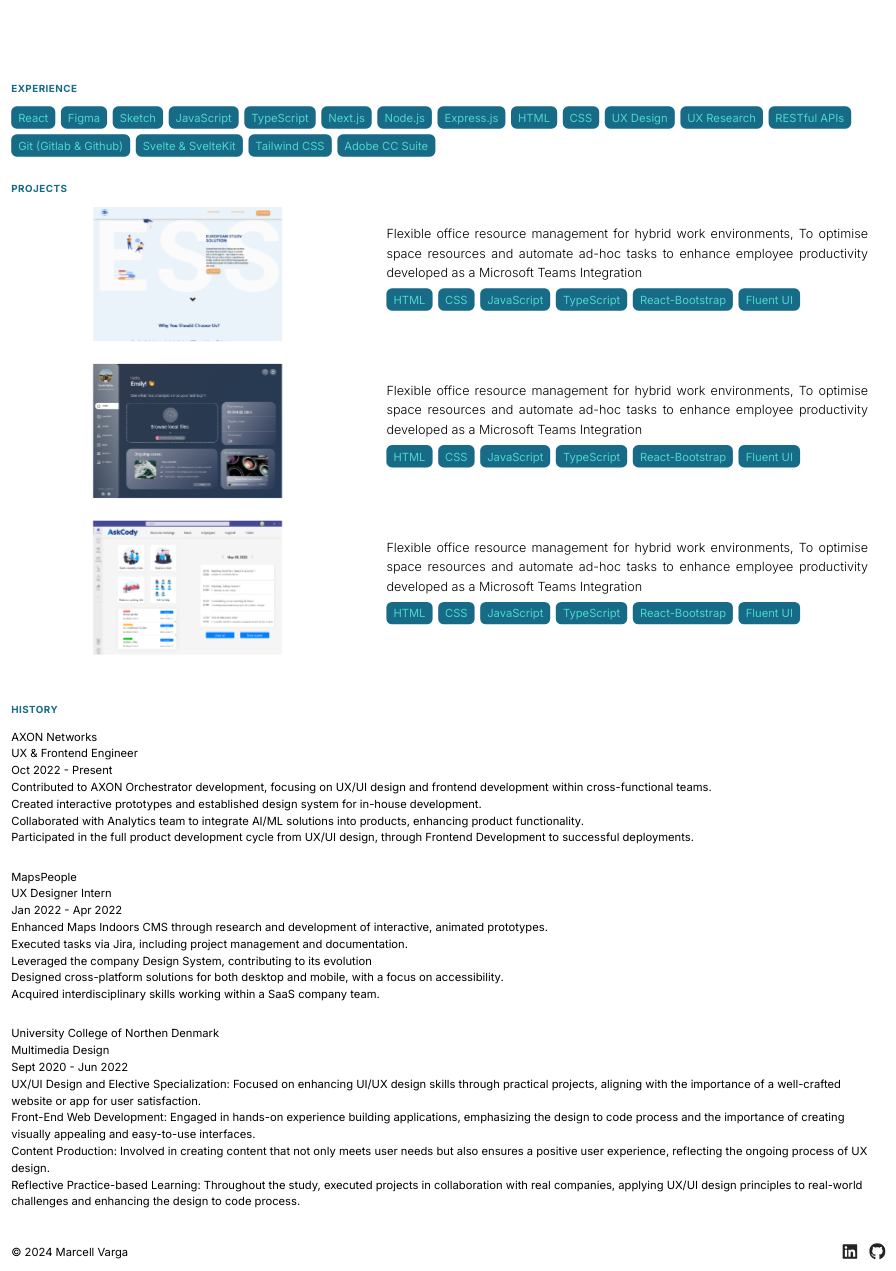
Repository: TheMarcellVarga/personal-portfolio-v.2
Page: /
The author's editor kept a copy of each file at every save. The page is drawn from the files as they stood at one save, then again after a run of saves.
The browser window is 1280 px wide. The pictures show the part of the page from y = 1457 to 3377 px (the page is 3273 px tall before and 3377 px after), at 70% of full size.
The project was rebuilt for these pictures with package versions that can differ from the ones it lists, and the page was loaded fresh each time. The framework's server and built-in components were replaced by stand-ins that run in the browser. Also part of the build but not shown: next.config.mjs.

Above is the page before, as saved 2024-04-25 23:35:03.

### app/layout.tsx
import type { Metadata } from "next";
import { Inter } from "next/font/google";
import "./globals.css";

const inter = Inter({ subsets: ["latin"] });

export const metadata: Metadata = {
  title: {
    template: "%s | Marcell Varga",
    default: "Marcell Varga",
  },
  description: "Marcell Varga Portfolio | UX & Frontend Engineer",
};
export default function RootLayout({
  children,
}: Readonly<{
  children: React.ReactNode;
}>) {
  return (
    <html lang="en">
      <body className={inter.className}>{children}</body>
    </html>
  );
}

### app/page.tsx
"use client";

import { useState } from "react";
import Link from "next/link";
import Image from "next/image";
import IndexSigAnimated from "../public/icons/indexSigAnimated";

// Header component
const Header = () => {
  const [isOpen, setIsOpen] = useState(false);

  return (
    <header className="flex justify-between items-center w-full">
      <div className="flex items-center">
        {/* Icon */}
        <Link href="/">
          <IndexSigAnimated />
        </Link>
      </div>
      <nav className="flex items-center">
        {/* Hamburger Menu */}
        <div
          className={`md:hidden z-2 ${isOpen ? "open" : ""}`}
          onClick={() => setIsOpen(!isOpen)}
        >
          <div className="w-6 h-0.5 bg-gray-800 mb-1"></div>
          <div className="w-6 h-0.5 bg-gray-800 mb-1"></div>
          <div className="w-6 h-0.5 bg-gray-800"></div>
        </div>
        {/* Navigation Links */}
        <div className={`nav-overlay ${isOpen ? "open" : ""}`}>
          <div className={`${isOpen ? "block" : "hidden"} md:flex space-x-4`}>
            <Link href="/about">
              <div
                className="text-sm font-medium"
                style={{ color: isOpen ? "#eeeeee" : "inherit" }}
              >
                About
              </div>
            </Link>
            <Link href="/work">
              <div
                className="text-sm font-medium"
                style={{ color: isOpen ? "#eeeeee" : "inherit" }}
              >
                Work
              </div>
            </Link>
            <Link href="/contact">
              <div
                className="text-sm font-medium"
                style={{ color: isOpen ? "#eeeeee" : "inherit" }}
              >
                Contact
              </div>
            </Link>
          </div>
        </div>
        <div className={`${isOpen ? "hidden" : "block"}`}>
          <div className={`${isOpen ? "block" : "hidden"} md:flex space-x-4`}>
            <Link href="/about">
              <div
                className="text-sm font-medium"
                style={{ color: isOpen ? "#eeeeee" : "inherit" }}
              >
                About
              </div>
            </Link>
            <Link href="/work">
              <div
                className="text-sm font-medium"
                style={{ color: isOpen ? "#eeeeee" : "inherit" }}
              >
                Work
              </div>
            </Link>
            <Link href="/contact">
              <div
                className="text-sm font-medium"
                style={{ color: isOpen ? "#eeeeee" : "inherit" }}
              >
                Contact
              </div>
            </Link>
          </div>
        </div>
      </nav>
    </header>
  );
};

// Footer component
const Footer = () => {
  return (
    <div className="flex w-full flex-row justify-between items-center">
      <div className="flex w-full">© 2024 Marcell Varga</div>
      <div className="flex space-x-4">
        <Image
          src="/icons/linkedin.svg"
          alt="Linkedin Icon"
          width={24}
          height={24}
        />
        <Image
          src="/icons/github.svg"
          alt="GitHub Icon"
          width={24}
          height={24}
        />
      </div>
    </div>
  );
};

const projects = [
  {
    title:
      "Flexible office resource management for hybrid work environments, To optimise space resources and automate ad-hoc tasks to enhance employee productivity developed as a Microsoft Teams Integration",
    description: "",
    skills: [
      "HTML",
      "CSS",
      "JavaScript",
      "TypeScript",
      "React-Bootstrap",
      "Fluent UI",
    ],
    link: "/ess", // Example link to the project details page
    image: "/images/ess-index.png", // Add the path to the image
  },
  {
    title:
      "Flexible office resource management for hybrid work environments, To optimise space resources and automate ad-hoc tasks to enhance employee productivity developed as a Microsoft Teams Integration",
    description: "",
    skills: [
      "HTML",
      "CSS",
      "JavaScript",
      "TypeScript",
      "React-Bootstrap",
      "Fluent UI",
    ],
    link: "/catchscan", // Example link to the project details page
    image: "/images/catchscan-index.png", // Add the path to the image
  },
  {
    title:
      "Flexible office resource management for hybrid work environments, To optimise space resources and automate ad-hoc tasks to enhance employee productivity developed as a Microsoft Teams Integration",
    description: "",
    skills: [
      "HTML",
      "CSS",
      "JavaScript",
      "TypeScript",
      "React-Bootstrap",
      "Fluent UI",
    ],
    link: "/askcody", // Example link to the project details page
    image: "/images/askcody-index.png", // Add the path to the image
  },
  // Add more projects here
];

const history = [
  {
    company: "AXON Networks",
    jobTitle: "UX & Frontend Engineer",
    time: {
      start: "Oct 2022",
      end: "",
    },
    description: [
      "Contributed to AXON Orchestrator development, focusing on UX/UI design and frontend development within cross-functional teams.",
      "Created interactive prototypes and established design system for in-house development.",
      "Collaborated with Analytics team to integrate AI/ML solutions into products, enhancing product functionality.",
      "Participated in the full product development cycle from UX/UI design, through Frontend Development to successful deployments.",
    ],
    skills: [
      "HTML",
      "CSS",
      "JavaScript",
      "TypeScript",
      "React-Bootstrap",
      "Fluent UI",
    ],
  },
  {
    company: "MapsPeople",
    jobTitle: "UX Designer Intern",
    time: {
      start: "Jan 2022",
      end: "Apr 2022",
    },
    description: [
      "Enhanced Maps Indoors CMS through research and development of interactive, animated prototypes.",
      "Executed tasks via Jira, including project management and documentation.",
      "Leveraged the company Design System, contributing to its evolution",
      "Designed cross-platform solutions for both desktop and mobile, with a focus on accessibility.",
      "Acquired interdisciplinary skills working within a SaaS company team.",
    ],
    skills: [
      "HTML",
      "CSS",
      "JavaScript",
      "TypeScript",
      "React-Bootstrap",
      "Fluent UI",
    ],
  },
  {
    company: "University College of Northen Denmark",
    jobTitle: "Multimedia Design",
    time: {
      start: "Sept 2020",
      end: "Jun 2022",
    },
    description: [
      "UX/UI Design and Elective Specialization: Focused on enhancing UI/UX design skills through practical projects, aligning with the importance of a well-crafted website or app for user satisfaction.",
      "Front-End Web Development: Engaged in hands-on experience building applications, emphasizing the design to code process and the importance of creating visually appealing and easy-to-use interfaces.",
      "Content Production: Involved in creating content that not only meets user needs but also ensures a positive user experience, reflecting the ongoing process of UX design.",
      "Reflective Practice-based Learning: Throughout the study, executed projects in collaboration with real companies, applying UX/UI design principles to real-world challenges and enhancing the design to code process.",
    ],
    skills: [
      "HTML",
      "CSS",
      "JavaScript",
      "TypeScript",
      "React-Bootstrap",
      "Fluent UI",
    ],
  },
  // Add more projects here
];

export default function Page() {
  return (
    <div className="m-4">
      <Header />
      <main className="flex flex-col items-center justify-between h-screen m-4 gap-1 w-full">
        <div className="flex-grow pb-12 w-full flex flex-col items-center justify-center gap-">
          <div className="flex flex-row w-full text-7xl font-medium items-center justify-start">
            Hey, I'm&nbsp;
            <span className="text-custom-blue font-bold">Marcell Varga</span>
          </div>
          <div className="flex w-full text-4xl font-light items-center justify-start my-2">
            UX & Frontend engineer
          </div>
        </div>
        <div className="pb-32 flex flex-col items-center justify-start">
          <Image
            className="animate-moveDown"
            src="/icons/mouseScroll.svg"
            alt="Scroll your mouse down Icon"
            width={30}
            height={30}
          />
        </div>
      </main>
      {/* Drive Section */}
      <section className="flex flex-col items-center justify-between h-screen m-4 gap-1 w-full">
        <div className="flex w-full h-screen text-5xl font-medium items-center justify-start">
          <h2 className="text-2xl font-light text-justify m-6">
            An adventurous UX & Frontend engineer with an enthusiasm for
            crafting delightful digital experiences. I thrive on solving complex
            problems through efficient design and love turning challenges into
            opportunities. Overcoming challenges through efficient design is
            what fuelling my everyday drive.
          </h2>
        </div>
      </section>
      <section className="flex flex-col items-center justify-between my-4 gap-1 w-full">
        {/* New Experience Section */}
        <article className="mt-8 w-full">
          <h2 className="text-custom-blue text-sm font-bold mb-4 tracking-wider uppercase">
            Experience
          </h2>
          <div className="flex flex-wrap gap-2">
            {[
              "React",
              "Figma",
              "Sketch",
              "JavaScript",
              "TypeScript",
              "Next.js",
              "Node.js",
              "Express.js",
              "HTML",
              "CSS",
              "UX Design",
              "UX Research",
              "RESTful APIs",
              "Git (Gitlab & Github)",
              "Svelte & SvelteKit",
              "Tailwind CSS",
              "Adobe CC Suite",
            ].map((skill) => (
              <div
                key={skill}
                className="bg-custom-blue text-custom-teal px-2.5 py-1 rounded-lg"
              >
                {skill}
              </div>
            ))}
          </div>
        </article>
        <article className="my-8 w-full">
          <h2 className="text-custom-blue text-sm font-bold mb-4 tracking-wider uppercase">
            Projects
          </h2>
          <div className="flex flex-col gap-8">
            {projects.map((project) => (
              <div key={project.title} className="flex gap-2">
                <div className="w-full h-full relative rounded-lg overflow-hidden y-5">
                  <Link href={project.link} className="block h-48">
                    <Image
                      src={project.image} // Use the image path from the project object
                      alt={project.title} // Use the project title as the alt text
                      layout="fill" // Make the image fill its container
                      objectFit="contain" // Adjust the image's aspect ratio to cover the container
                    />
                  </Link>
                </div>
                <div className="flex flex-col m-6 gap-2">
                  <div className="text-lg font-light text-justify">
                    <div>{project.title}</div>
                    <div>{project.description}</div>
                  </div>
                  <div className="flex flex-wrap gap-2">
                    {project.skills.map((skill) => (
                      <div
                        key={skill}
                        className="bg-custom-blue text-custom-teal px-2.5 py-1 rounded-lg"
                      >
                        {skill}
                      </div>
                    ))}
                  </div>
                </div>
              </div>
            ))}
          </div>
        </article>
        <article className="my-8 w-full">
          <h2 className="text-custom-blue text-sm font-bold mb-4 tracking-wider uppercase">
            History
          </h2>
          <div className="flex flex-col gap-8">
            {history.map((item, index) => (
              <div key={index}>
                <div>
                  <h3>{item.company}</h3>
                </div>
                <div>
                  <h3>{item.jobTitle}</h3>
                  <h4>
                    {item.time.start} -{" "}
                    {item.time.end ? item.time.end : "Present"}
                  </h4>
                  <p>
                    {item.description.map((desc, index) => (
                      <p key={index}>{desc}</p>
                    ))}
                  </p>
                </div>
                {/* Render other properties as needed */}
              </div>
            ))}
          </div>
        </article>
      </section>
      <Footer />
    </div>
  );
}

### app/globals.css
@tailwind base;
@tailwind components;
@tailwind utilities;

/* :root {
  --foreground-rgb: 0, 0, 0;
  --background-start-rgb: 214, 219, 220;
  --background-end-rgb: 255, 255, 255;
}

@media (prefers-color-scheme: dark) {
  :root {
    --foreground-rgb: 255, 255, 255;
    --background-start-rgb: 0, 0, 0;
    --background-end-rgb: 0, 0, 0;
  }
}

body {
  color: rgb(var(--foreground-rgb));
  background: linear-gradient(
      to bottom,
      transparent,
      rgb(var(--background-end-rgb))
    )
    rgb(var(--background-start-rgb));
}

@layer utilities {
  .text-balance {
    text-wrap: balance;
  }
} */

@-webkit-keyframes animate-svg-stroke-1 {
  0% {
    stroke-dashoffset: 210.06117248535156px;
    stroke-dasharray: 210.06117248535156px;
  }

  100% {
    stroke-dashoffset: 420.1223449707031px;
    stroke-dasharray: 210.06117248535156px;
  }
}

@keyframes animate-svg-stroke-1 {
  0% {
    stroke-dashoffset: 210.06117248535156px;
    stroke-dasharray: 210.06117248535156px;
  }

  100% {
    stroke-dashoffset: 420.1223449707031px;
    stroke-dasharray: 210.06117248535156px;
  }
}

.svg-elem-1 {
  -webkit-animation: animate-svg-stroke-1 1s ease-in-out 1s both;
  animation: animate-svg-stroke-1 1s ease-in-out 1s both;
}

@-webkit-keyframes animate-svg-stroke-2 {
  0% {
    stroke-dashoffset: 798.271240234375px;
    stroke-dasharray: 798.271240234375px;
  }

  100% {
    stroke-dashoffset: 1596.54248046875px;
    stroke-dasharray: 798.271240234375px;
  }
}

@keyframes animate-svg-stroke-2 {
  0% {
    stroke-dashoffset: 798.271240234375px;
    stroke-dasharray: 798.271240234375px;
  }

  100% {
    stroke-dashoffset: 1596.54248046875px;
    stroke-dasharray: 798.271240234375px;
  }
}

.svg-elem-2 {
  -webkit-animation: animate-svg-stroke-2 1s ease-in-out 1.12s both;
  animation: animate-svg-stroke-2 1s ease-in-out 1.12s both;
}

@-webkit-keyframes animate-svg-stroke-3 {
  0% {
    stroke-dashoffset: 2px;
    stroke-dasharray: 2px;
  }

  100% {
    stroke-dashoffset: 4px;
    stroke-dasharray: 2px;
  }
}

@keyframes animate-svg-stroke-3 {
  0% {
    stroke-dashoffset: 2px;
    stroke-dasharray: 2px;
  }

  100% {
    stroke-dashoffset: 4px;
    stroke-dasharray: 2px;
  }
}

.svg-elem-3 {
  -webkit-animation: animate-svg-stroke-3 1s ease-in-out 1.24s both;
  animation: animate-svg-stroke-3 1s ease-in-out 1.24s both;
}

/* CSS for the overlay */
.nav-overlay {
  position: fixed;
  top: 0;
  right: 0;
  width: 80%; /* Adjust the width as needed */
  height: 100%;
  background-color: rgba(23, 107, 135, 1); /* Semi-transparent background */
  transform: translateX(100%); /* Hidden off-screen to the right */
  transition: transform 0.3s ease-out; /* Smooth transition */
  display: flex;
  flex-direction: column;
  justify-content: center;
  align-items: center;
  padding: 2rem;
  z-index: 2; /* Ensure it's above other content */
}

.nav-overlay.open {
  transform: translateX(0); /* Slide in from the right */
}

/* Hamburger menu with increased z-index when open */
.md\:hidden {
  cursor: pointer;
  z-index: 2; /* Default z-index */
}

.md\:hidden.open {
  z-index: 5; /* Increased z-index when open */
}

/* Hamburger menu lines */
.md\:hidden > div {
  transition: all 0.3s ease;
}

/* Top line of the hamburger menu */
.md\:hidden > div:nth-child(1) {
  transform-origin: center;
}

/* Middle line of the hamburger menu */
.md\:hidden > div:nth-child(2) {
  transform-origin: center;
}

/* Bottom line of the hamburger menu */
.md\:hidden > div:nth-child(3) {
  transform-origin: center;
}

/* Animation for the hamburger menu to become a cross */
.md\:hidden.open > div:nth-child(1) {
  transform: rotate(45deg);
}

.md\:hidden.open > div:nth-child(2) {
  opacity: 0;
}

.md\:hidden.open > div:nth-child(3) {
  transform: rotate(-45deg);
}

/* Hamburger menu with increased z-index when open */
.md\:hidden {
  cursor: pointer;
  z-index: 2; /* Default z-index */
}

.md\:hidden.open {
  z-index: 5; /* Increased z-index when open */
}

/* CSS for the close button */
.close-btn {
  position: absolute;
  top: 1rem;
  right: 1rem;
  background: none;
  border: none;
  font-size: 1.5rem;
  color: #fff;
  cursor: pointer;
}

@keyframes moveDown {
  0% {
    transform: translateY(0);
  }
  100% {
    transform: translateY(10px); /* Adjust the value as needed */
  }
}

.animate-moveDown {
  animation: moveDown 2s infinite alternate ease-in-out; /* Adjust the duration as needed */
}

### public/icons/indexSigAnimated.tsx
import React from 'react';

const IndexSigIcon: React.FC = () => {
 return (
    <svg className="svg-elem-1" width="85" height="37" viewBox="0 0 85 37" fill="none" xmlns="http://www.w3.org/2000/svg">
      <g clipPath="url(#clip0_18_152)">
        <path d="M0.396973 36.3291C0.396973 36.3291 1.80464 21.811 13.6633 7.89246" stroke="#053B50" strokeLinecap="round" strokeLinejoin="round"/>
        <path d="M84.6029 0.378418C83.4907 1.72562 28.5188 31.0478 28.5188 31.0478C34.2765 18.2493 39.5275 5.38881 37.4414 4.87415C37.3274 4.8523 37.2096 4.85749 37.0982 4.88928C31.574 6.017 19.8186 16.4677 17.715 17.2805C17.665 17.3015 17.6107 17.3113 17.5561 17.3093C16.4821 17.2881 15.8514 13.5856 15.4907 9.68776" stroke="#053B50" strokeLinecap="round" strokeLinejoin="round"/>
      </g>
      <defs>
        <clipPath id="clip0_18_152">
          <rect width="85" height="36.7076" fill="white"/>
        </clipPath>
      </defs>
    </svg>
 );
};

export default IndexSigIcon;

### tailwind.config.ts
import type { Config } from "tailwindcss";

const config: Config = {
  content: [
    "./pages/**/*.{js,ts,jsx,tsx,mdx}",
    "./components/**/*.{js,ts,jsx,tsx,mdx}",
    "./app/**/*.{js,ts,jsx,tsx,mdx}",
  ],
  theme: {
    extend: {
      backgroundImage: {
        "gradient-radial": "radial-gradient(var(--tw-gradient-stops))",
        "gradient-conic":
          "conic-gradient(from 180deg at 50% 50%, var(--tw-gradient-stops))",
      },
      colors: {
        "custom-blue": "#176B87",
        "custom-teal": "#4FD5CC",
      },
    },
  },
  plugins: [],
};

export default config;

After the next 2 saves:
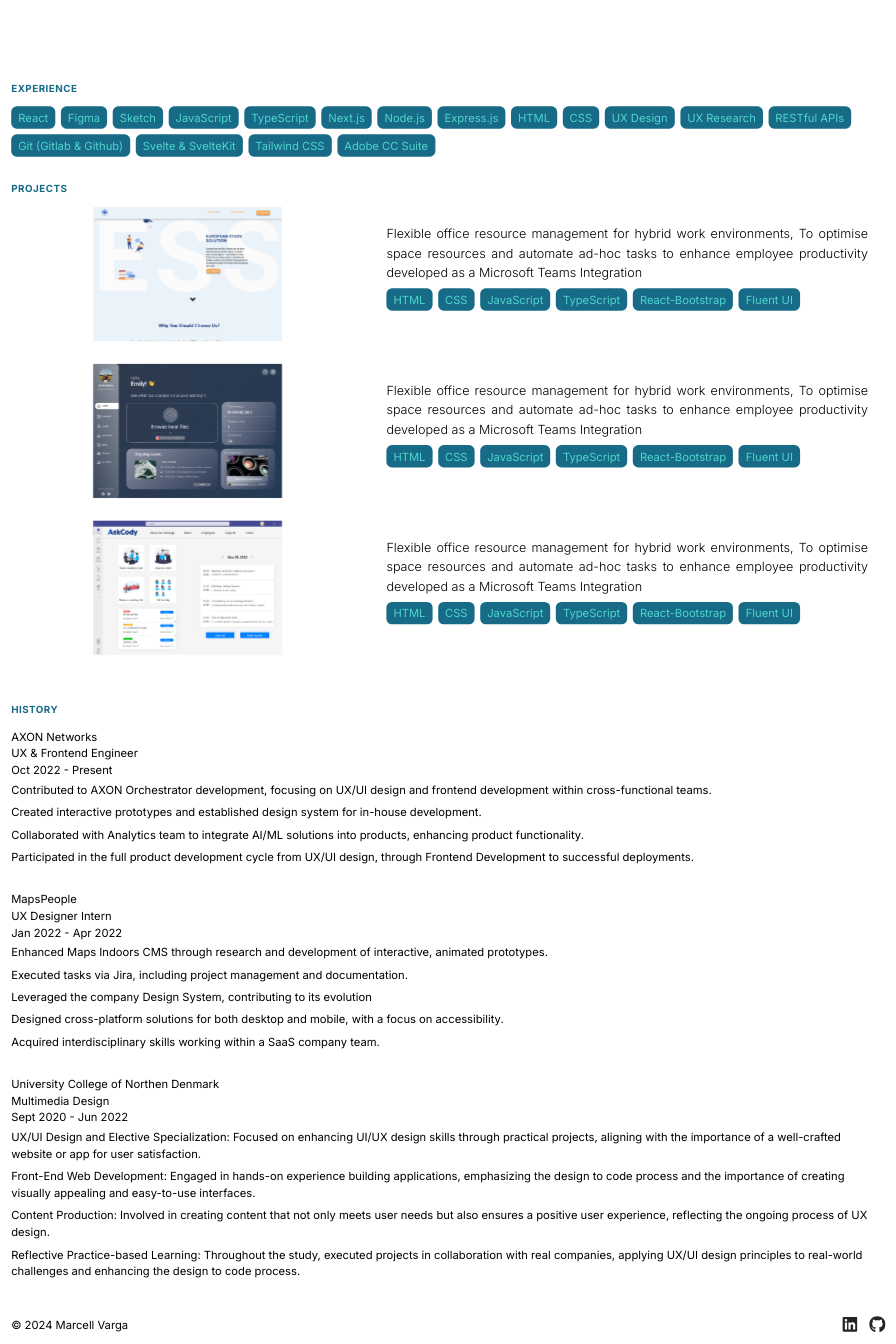
The 2 saves are shown as one change because they came seconds apart.
The last was saved 35 s later.
--- a/app/page.tsx
+++ b/app/page.tsx
@@ -358,7 +358,7 @@ export default function Page() {
                   </h4>
                   <p>
                     {item.description.map((desc, index) => (
-                      <p key={index}>{desc}</p>
+                      <p key={index} className="py-1">{desc}</p>
                     ))}
                   </p>
                 </div>
